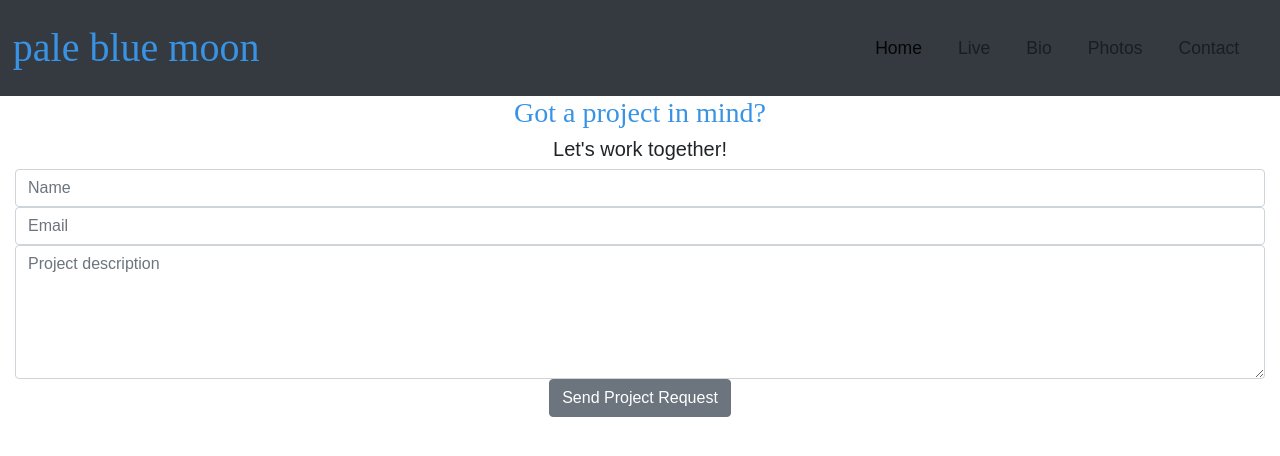
Repository: Skillabill/pale_blue_moon
Page: contact.html
The author's editor kept a record of every edit. The page is drawn from the files as they stood at one moment, then again after the next edit.
The browser window is 1280 px wide. The pictures show the whole page.
Some web fonts or font styles are not loaded; a fallback is used. Some web libraries are served in a nearby version.

Above is the page before.
Console error: ReferenceError: emailjs is not defined

### contact.html
<!DOCTYPE html>
<html lang="en">

<head>
    <meta charset="UTF-8">
    <meta name="viewport" content="width=device-width, initial-scale=1.0">
    <meta http-equiv="X-UA-Compatible" content="ie=edge">
    <link rel="stylesheet" href="https://maxcdn.bootstrapcdn.com/bootstrap/4.2.1/css/bootstrap.min.css" type="text/css" />
    <link rel="stylesheet" href="https://maxcdn.bootstrapcdn.com/font-awesome/4.7.0/css/font-awesome.min.css" type="text/css" />
    <link rel="stylesheet" href="https://cdnjs.cloudflare.com/ajax/libs/hover.css/2.1.1/css/hover-min.css" type="text/css" />
    <link rel="stylesheet" href="assets/css/style.css">
    <title>Rosie</title>

    <script type="text/javascript" src="https://cdn.jsdelivr.net/npm/emailjs-com@2.3.2/dist/email.min.js"></script>
    <script type="text/javascript">
        (function() {
            emailjs.init("user_7mTllxTSenOQsUzbhEWF3");
        })();
    </script>
</head>

<body>

    <nav class="navbar navbar-expand-md navbar-light bg-dark sticky-top">
        <div class="container-fluid">
            <a class="navbar-brand" href="index.html">
			    <span class="pbm">pale blue moon</span>
			</a>
            <button class="navbar-toggler" type="button" data-toggle="collapse" data-target="#navbarResponsive">
				<span class="navbar-toggler-icon"></span>
			</button>
            <div class="collapse navbar-collapse" id="navbarResponsive">
                <ul class="navbar-nav ml-auto">
                    <li class="nav-item active">
                        <a class="nav-link" href="index.html">Home</a>
                    </li>
                    <li class="nav-item">
                        <a class="nav-link" href="live.html">Live</a>
                    </li>
                    <li class="nav-item">
                        <a class="nav-link" href="bio.html">Bio</a>
                    </li>
                    <li class="nav-item">
                        <a class="nav-link" href="photos.html">Photos</a>
                    </li>
                    <li class="nav-item">
                        <a class="nav-link" href="contact.html">Contact</a>
                    </li>

                </ul>
            </div>
        </div>
    </nav>
    <section class="container-fluid">
        <div class="row bg-color-contact">
            <div class="col">
                <h3 class="contact-heading uppercase text-center">Got a project in mind?</h3>
                <h5 class="uppercase text-center">Let's work together!</h5>

                <div class="center-form">
                    <form onsubmit="return sendMail(this);" method="POST">
                        <input type="text" name="name" id="fullname" class="form-control" placeholder="Name" required />
                        <input type="email" name="email" id="emailaddress" class="form-control" placeholder="Email" required />
                        <textarea rows="5" name="projectsummary" id="projectsummary" class="form-control" placeholder="Project description" required></textarea>
                        <div class="form-row text-center">
                            <div class="col">
                                <button type="submit" class="btn btn-secondary">Send Project Request</button>
                            </div>
                        </div>
                    </form>
                </div>

            </div>
        </div>


    </footer>
    <script src="assets/js/sendEmail.js"></script>
</body>

</html>

### assets/css/style.css
@import url('https://fonts.googleapis.com/css?family=font-family:Luckiest Guy:100,200,300,400,500,600,700|Exo:100,200,300,400,500,600,700');

html,
body {
    height: 100%;
    width: 100%;
    font-family: 'Luckiest Guy', sans-serif;
}

.container,
.container-fluid,
.row {
    margin: 0;
    padding: 0;
}

p {
    margin: auto;
    padding: 20px;
}

/*---------------- NAV ------------------*/

.navbar {
    padding: .8rem;
}

.navbar-nav li {
    padding-right: 20px;
}

.nav-link {
    font-size: 1.1em;

}

.nav-item:hover {
    color: #3993E5;
}

.btn-link {
    background-color: transparent;
    border: none;
}

.pbm {
    font-family: 'Special Elite', cursive;
    color: #3993E5;
    font-size: 40px;
}

/*------------- MAIN PIC ------------------*/

.main-pic {
    width: 100%;
}

.main-pic-bg {
    background-color: #000;
}

/*-------------Live Page --------------*/



/*--------------Photos ----------------------*/
.table-photos{
    width: 100%;
}
tr td {
    height: 40px;
    width: 20px;
}

/*------------- SONGS -----------------------*/

.songs {
    background-color: #D5DBDB;
}

controls {
    background-color: #27AE60;
}



/*-------------Meet the Band------------------*/

.band-bg {
    background-color: #000;
    color: #3993E5;
    font-family: 'Special Elite', cursive;
}

.band-bg-1 {
    background-color: #000;
    color: #000;
}

/*----------- VIDEO -------------------*/

.video {
    background-color: #000;
    color: #3993E5;
}

h2,
h3 {
    font-family: 'Special Elite', cursive;
    color: #3993E5;
}

/*----------- CONNECT -------------------*/

.social a {
    font-size: 4.5em;
    padding: 3rem;
}

.fa-facebook {
    color: #3b5998;
}

.fa-twitter {
    color: #00aced;
}

.fa-instagram {
    color: #517fa8;
}

.fa-youtube {
    color: #bb0000;
}

.fa-facebook:hover,
.fa-twitter:hover,
.fa-instagram:hover,
.fa-youtube:hover {
    color: #d5d5d5;
}

.connect {
    background-color: #EAEDED;
}

/*------------ FOOTER ------------------*/

footer {
    background-color: #3f3f3f;
    color: #d5d5d5;
    padding-top: 2rem;
}

hr.light {
    border-top: 1px solid #d5d5d5;
    width: 75%;
    margin-top: .8rem;
    margin-bottom: 1rem;
}

hr.light-100 {
    border-top: 1px solid #d5d5d5;
    width: 100%;
    margin-top: .8rem;
    margin-bottom: 1rem;
}

/*-------------LIVE-----------------*/

.live-img {
    margin: 0;
    padding: 0;
    width: 100%;
    height: 100%;
}

/*-----Media Queries ------*/

@media (max-width: 992px) {
    .social a {
        font-size: 4em;
        padding: 2rem;
    }
}

@media (max-width: 768px) {

    .display-4 {
        font-size: 200%;
    }
    .social a {
        font-size: 2.5em;
        padding: 1.2rem;
    }
    .video {
        width: 480px;
    }
}

@media (max-width: 576px) {

    .display-4 {
        font-size: 160%;
    }
    .social a {
        font-size: 2em;
        padding: .7rem;
    }
    .video {
        width: 380px;
    }
}

### assets/js/sendEmail.js
    function sendMail(contactForm) {
        emailjs.send("gmail", "pale_blue_moon", {
                "from_name": contactForm.name.value,
                "from_email": contactForm.emailaddress.value,
                "project_request": contactForm.projectsummary.value
            })
            .then(
                function(response) {
                    console.log("SUCCESS", response);
                },
                function(error) {
                    console.log("FAILED", error);
                }
            );
        return false; // To block from loading a new page
    }

After the next edit:
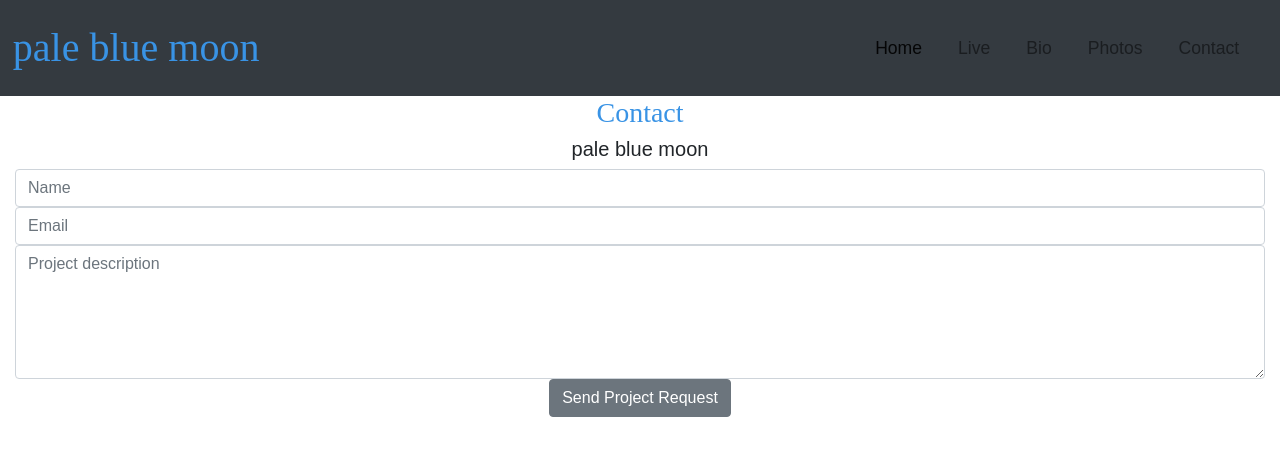
The edit:
--- a/contact.html
+++ b/contact.html
@@ -54,8 +54,8 @@
     <section class="container-fluid">
         <div class="row bg-color-contact">
             <div class="col">
-                <h3 class="contact-heading uppercase text-center">Got a project in mind?</h3>
-                <h5 class="uppercase text-center">Let's work together!</h5>
+                <h3 class="contact-heading uppercase text-center">Contact</h3>
+                <h5 class="uppercase text-center">pale blue moon</h5>
 
                 <div class="center-form">
                     <form onsubmit="return sendMail(this);" method="POST">
